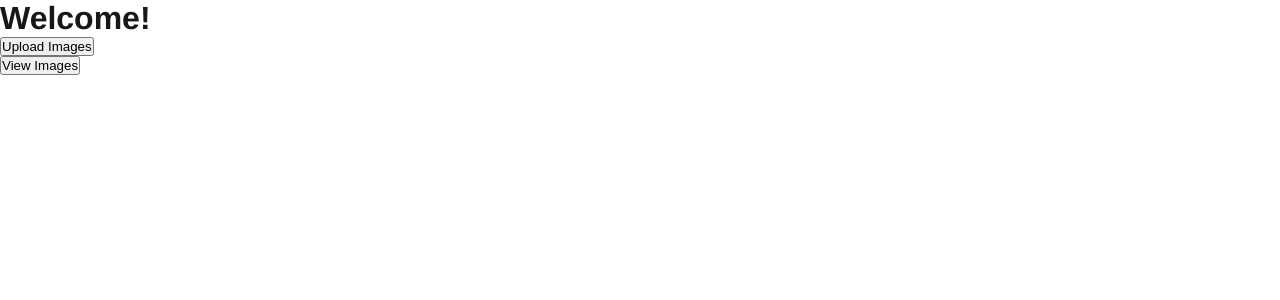
Repository: EricRobertCampbell/palaeo-fossil-classifier
Page: /dashboard (app in palaeo-fossil-classifier/)
These files come from the project's save history. The page is drawn as it stood at one moment and after the next save; the edit follows.
The browser window is 1280 px wide. The pictures show the whole page.
Some web libraries are served in a nearby version. The project was rebuilt for these pictures with package versions that can differ from the ones it lists, and the page was loaded fresh each time. The framework's server and built-in components were replaced by stand-ins that run in the browser. Also part of the build but not shown: palaeo-fossil-classifier/next.config.ts, palaeo-fossil-classifier/app/admin.tsx, palaeo-fossil-classifier/app/classify.tsx.

Above is the page before, as saved 2024-11-30 14:32:42.

After the next save:
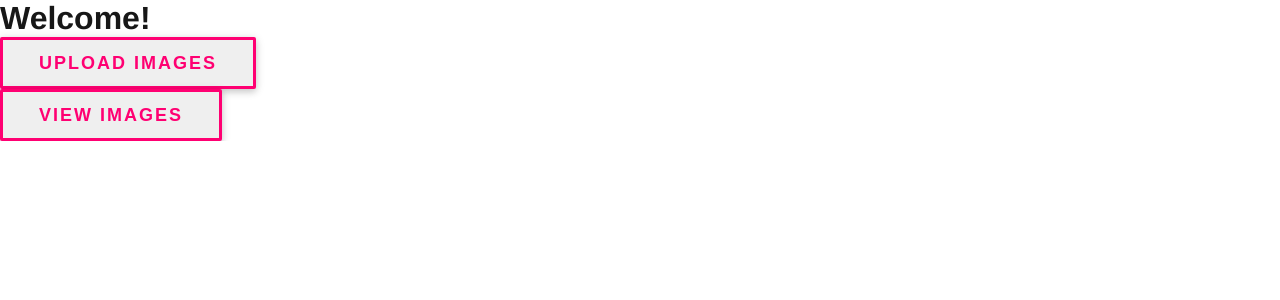
Saved 93 s later.
--- a/palaeo-fossil-classifier/app/dashboard/page.module.css
+++ b/palaeo-fossil-classifier/app/dashboard/page.module.css
@@ -6,11 +6,6 @@
     display: inline;
 }
 
-.button{
-    font-family: Helvetica;
-    padding: 1.5rem;
-    margin: 1rem;
-}
 
 .area {
 float: left;
@@ -22,3 +17,49 @@
 .component{
     display: inline;
 }
+
+button {
+    font-size: 18px;
+    letter-spacing: 2px;
+    text-transform: uppercase;
+    display: inline-block;
+    text-align: center;
+    font-weight: bold;
+    padding: 0.7em 2em;
+    border: 3px solid #FF0072;
+    border-radius: 2px;
+    position: relative;
+    box-shadow: 0 2px 10px rgba(0, 0, 0, 0.16), 0 3px 6px rgba(0, 0, 0, 0.1);
+    color: #FF0072;
+    text-decoration: none;
+    transition: 0.3s ease all;
+    z-index: 1;
+  }
+
+  button:before {
+    transition: 0.5s all ease;
+    position: absolute;
+    top: 0;
+    left: 50%;
+    right: 50%;
+    bottom: 0;
+    opacity: 0;
+    content: '';
+    background-color: #FF0072;
+    z-index: -1;
+  }
+
+  button:hover, button:focus {
+    color: white;
+  }
+
+  button:hover:before, button:focus:before {
+    transition: 0.5s all ease;
+    left: 0;
+    right: 0;
+    opacity: 1;
+  }
+
+  button:active {
+    transform: scale(0.9);
+  }

After the save that followed:
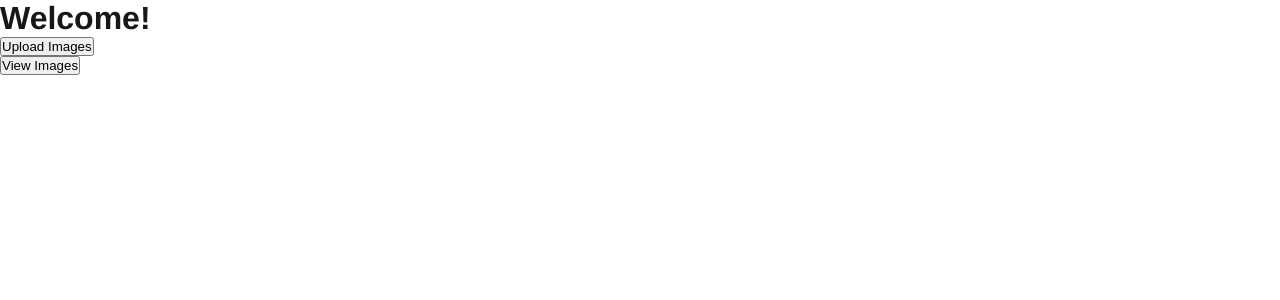
Saved 18 s later.
--- a/palaeo-fossil-classifier/app/dashboard/page.module.css
+++ b/palaeo-fossil-classifier/app/dashboard/page.module.css
@@ -18,7 +18,7 @@
     display: inline;
 }
 
-button {
+.button {
     font-size: 18px;
     letter-spacing: 2px;
     text-transform: uppercase;
@@ -36,7 +36,7 @@
     z-index: 1;
   }
 
-  button:before {
+  .button:before {
     transition: 0.5s all ease;
     position: absolute;
     top: 0;
@@ -49,17 +49,17 @@
     z-index: -1;
   }
 
-  button:hover, button:focus {
+  .button:hover, button:focus {
     color: white;
   }
 
-  button:hover:before, button:focus:before {
+  .button:hover:before, button:focus:before {
     transition: 0.5s all ease;
     left: 0;
     right: 0;
     opacity: 1;
   }
 
-  button:active {
+  .button:active {
     transform: scale(0.9);
   }
